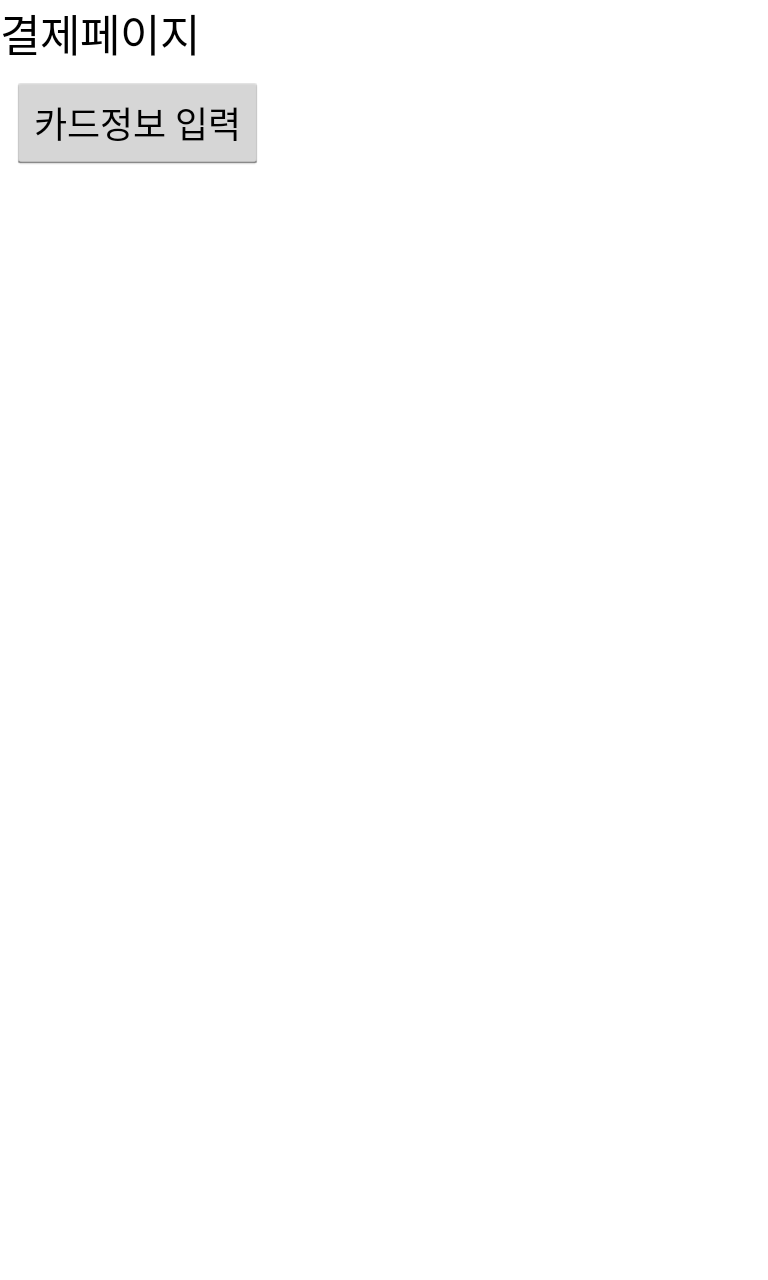
Repository: dev-sean/kosta
Layout: Wooriyo/wooriyo_and/wooriyo_and/res/layout/pay.xml
An editor plug-in stored every save of this project. The layout is shown before and after the next save, followed by the edit.
It is drawn on a 768 x 1280 px phone screen (xhdpi) without system bars, with theme AppTheme; the app's code is not run.

Above is the layout before, as saved 2014-10-25 08:05:53.

### Wooriyo/wooriyo_and/wooriyo_and/res/layout/pay.xml
<?xml version="1.0" encoding="utf-8"?>
<LinearLayout xmlns:android="http://schemas.android.com/apk/res/android"
    android:layout_width="match_parent"
    android:layout_height="match_parent"
    android:orientation="vertical" >



    <TextView
        android:id="@+id/dialogtext"
        android:layout_width="wrap_content"
        android:layout_height="wrap_content"
        android:text="결제페이지"
        android:textAppearance="?android:attr/textAppearanceLarge" />
	<Button
        android:layout_width="wrap_content"
        android:layout_height="wrap_content"
        android:layout_margin="5dp"
        android:onClick="mOnClick"
        android:text="카드정보 입력" />
    <TextView
        android:id="@+id/text4_1"
        android:layout_width="match_parent"
        android:layout_height="match_parent"
        android:padding="10dp"
        android:textColor="#FF000000"
        android:textSize="20sp" />

</LinearLayout>

Loaded but not shown: Wooriyo/wooriyo_and/wooriyo_and/res/values/styles.xml (common file); Wooriyo/wooriyo_and/wooriyo_and/res/values-v11/styles.xml (common file); Wooriyo/wooriyo_and/wooriyo_and/res/values-v14/styles.xml (common file)

After the next save:
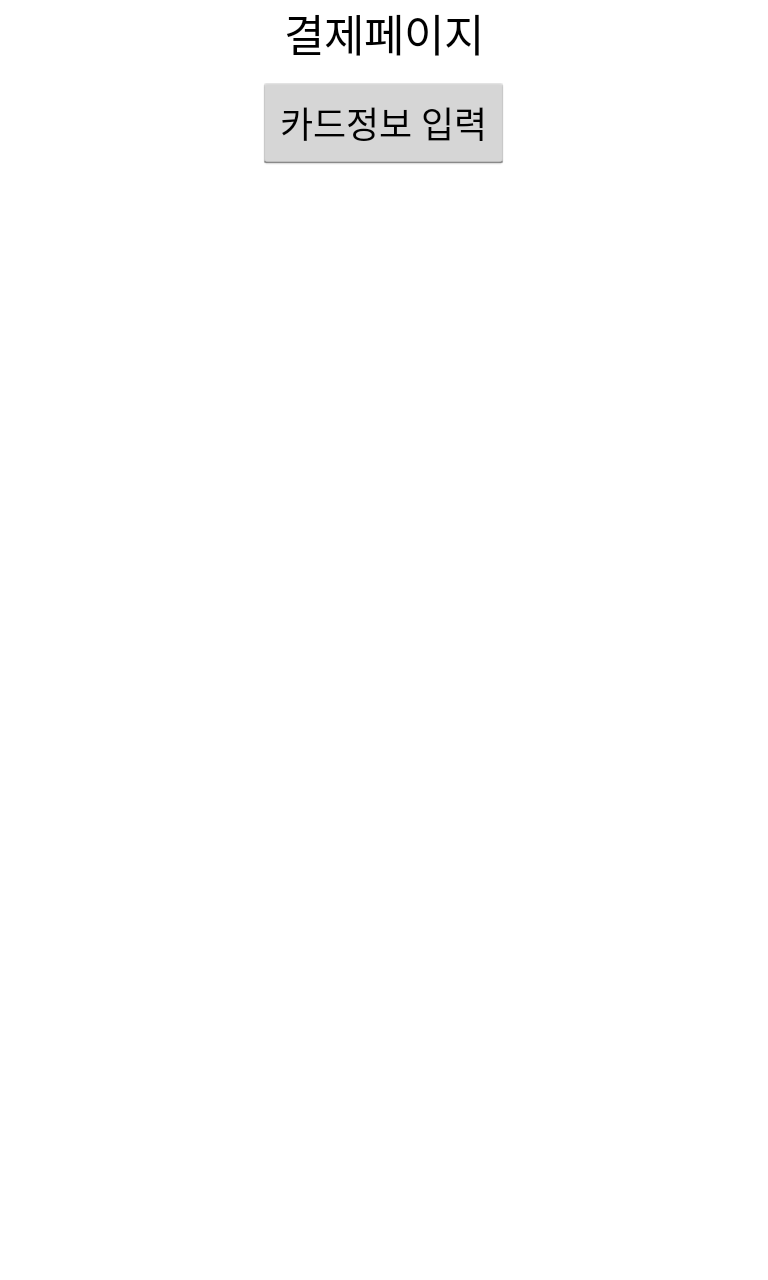
Saved 11 s later.
--- a/Wooriyo/wooriyo_and/wooriyo_and/res/layout/pay.xml
+++ b/Wooriyo/wooriyo_and/wooriyo_and/res/layout/pay.xml
@@ -4,20 +4,22 @@
     android:layout_height="match_parent"
     android:orientation="vertical" >
 
-
-
     <TextView
         android:id="@+id/dialogtext"
         android:layout_width="wrap_content"
         android:layout_height="wrap_content"
+        android:layout_gravity="center"
         android:text="결제페이지"
         android:textAppearance="?android:attr/textAppearanceLarge" />
+
 	<Button
-        android:layout_width="wrap_content"
-        android:layout_height="wrap_content"
-        android:layout_margin="5dp"
-        android:onClick="mOnClick"
-        android:text="카드정보 입력" />
+	    android:layout_width="wrap_content"
+	    android:layout_height="wrap_content"
+	    android:layout_gravity="center"
+	    android:layout_margin="5dp"
+	    android:onClick="mOnClick"
+	    android:text="카드정보 입력" />
+
     <TextView
         android:id="@+id/text4_1"
         android:layout_width="match_parent"
